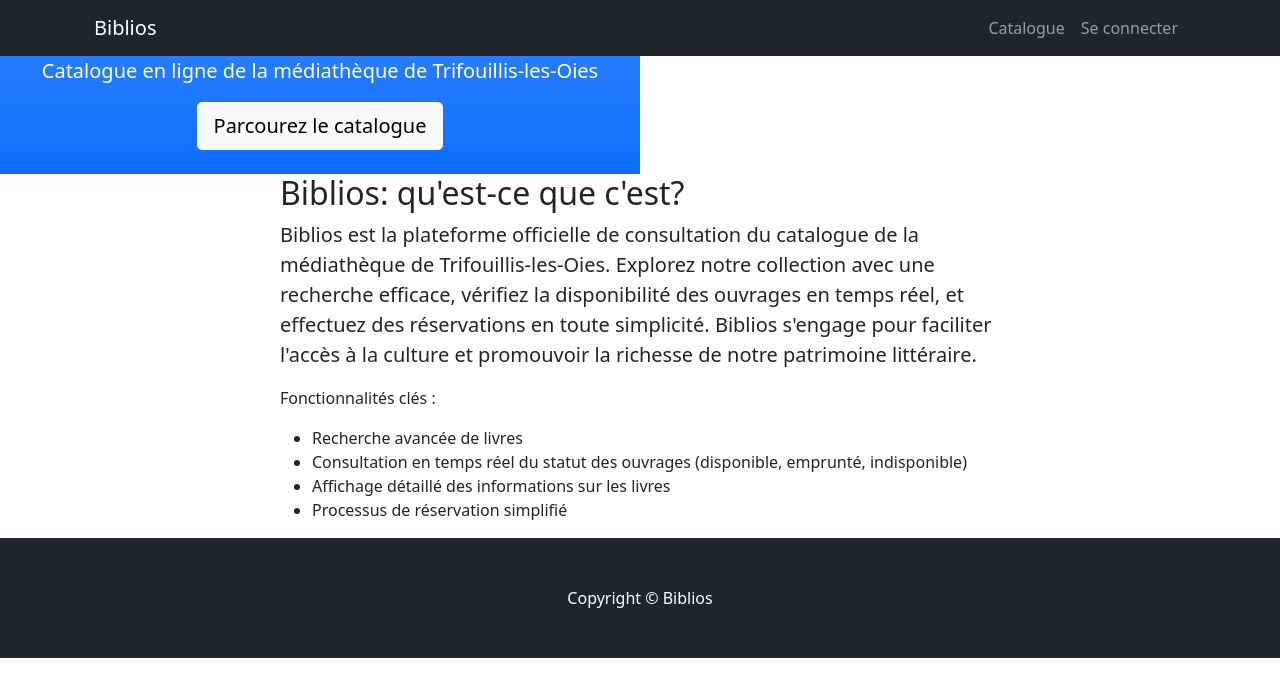
Repository: Dydja/Biblios
Page: templates/main/index.html.twig
The author's editor kept a copy of each file at every save. The page is drawn from the files as they stood at one save, then again after the next save.
The browser window is 1280 px wide. The pictures show the whole page.
The page is a Twig template of a Symfony application; nobody is signed in and links lead nowhere. Other server files are loaded and not shown. The template is opened directly, without the code that normally fills it, so the values that code supplies are empty.

Above is the page before, as saved 2024-08-04 00:42:03.

### templates/main/index.html.twig
{% extends 'base.html.twig' %}

{% block title %}Hello MainController!{% endblock %}

{% block body %}

<!-- Header-->
    <header class="bg-primary bg-gradient text-white w-50">
        <div class="container px-4 text-center">
            <h1 class="fw-bolder">Biblios</h1>
            <p class="lead">Catalogue en ligne de la médiathèque de Trifouillis-les-Oies</p>
            <a class="btn btn-lg btn-light mb-4" href="#">Parcourez le catalogue</a>
        </div>
    </header>
    <!-- About section-->
    <section id="about">
        <div class="container px-4">
            <div class="row gx-4 justify-content-center">
                <div class="col-lg-8">
                    <h2>Biblios: qu'est-ce que c'est?</h2>
                    <p class="lead">Biblios est la plateforme officielle de consultation du catalogue de la médiathèque de Trifouillis-les-Oies. Explorez notre collection avec une recherche efficace, vérifiez la disponibilité des ouvrages en temps réel, et effectuez des réservations en toute simplicité. Biblios s'engage pour faciliter l'accès à la culture et promouvoir la richesse de notre patrimoine littéraire.</p>
                    <p>Fonctionnalités clés :</p>
                    <ul>
                        <li>Recherche avancée de livres</li>
                        <li>Consultation en temps réel du statut des ouvrages (disponible, emprunté, indisponible)</li>
                        <li>Affichage détaillé des informations sur les livres</li>
                        <li>Processus de réservation simplifié</li>
                    </ul>
                </div>
            </div>
        </div>
    </section>
{% endblock %}

### templates/base.html.twig
<!DOCTYPE html>
<html>
    <head>
        <meta charset="UTF-8">
        <title>{% block title %}Welcome!{% endblock %}</title>
        <link rel="icon" href="data:[embedded picture, 223 characters]">

        {% block stylesheets %}
        {% endblock %}

        <link href="https://cdn.jsdelivr.net/npm/bootstrap@5.0.2/dist/css/bootstrap.min.css" rel="stylesheet" integrity="sha384-EVSTQN3/azprG1Anm3QDgpJLIm9Nao0Yz1ztcQTwFspd3yD65VohhpuuCOmLASjC" crossorigin="anonymous">

        {% block javascripts %}
            {% block importmap %}{{ importmap('app') }}{% endblock %}
        {% endblock %}
    </head>
    <body id="page-top">
        <!-- Navigation-->
        <nav class="navbar navbar-expand-lg navbar-dark bg-dark fixed-top" id="mainNav">
            <div class="container px-4">
                <a class="navbar-brand" href="#page-top">Biblios</a>
                <button class="navbar-toggler" type="button" data-bs-toggle="collapse" data-bs-target="#navbarResponsive" aria-controls="navbarResponsive" aria-expanded="false" aria-label="Toggle navigation"><span class="navbar-toggler-icon"></span></button>
                <div class="collapse navbar-collapse" id="navbarResponsive">
                    <ul class="navbar-nav ms-auto">
                        <li class="nav-item"><a class="nav-link" href="#">Catalogue</a></li>
                        <li class="nav-item"><a class="nav-link" href="#">Se connecter</a></li>
                    </ul>
                </div>
            </div>
        </nav>
        {% block body %}{% endblock %}
        <!-- Footer-->
        <footer class="py-5 bg-dark">
            <div class="container px-4"><p class="m-0 text-center text-white">Copyright &copy; Biblios</p></div>
        </footer>
    </body>
</html>

After the next save:
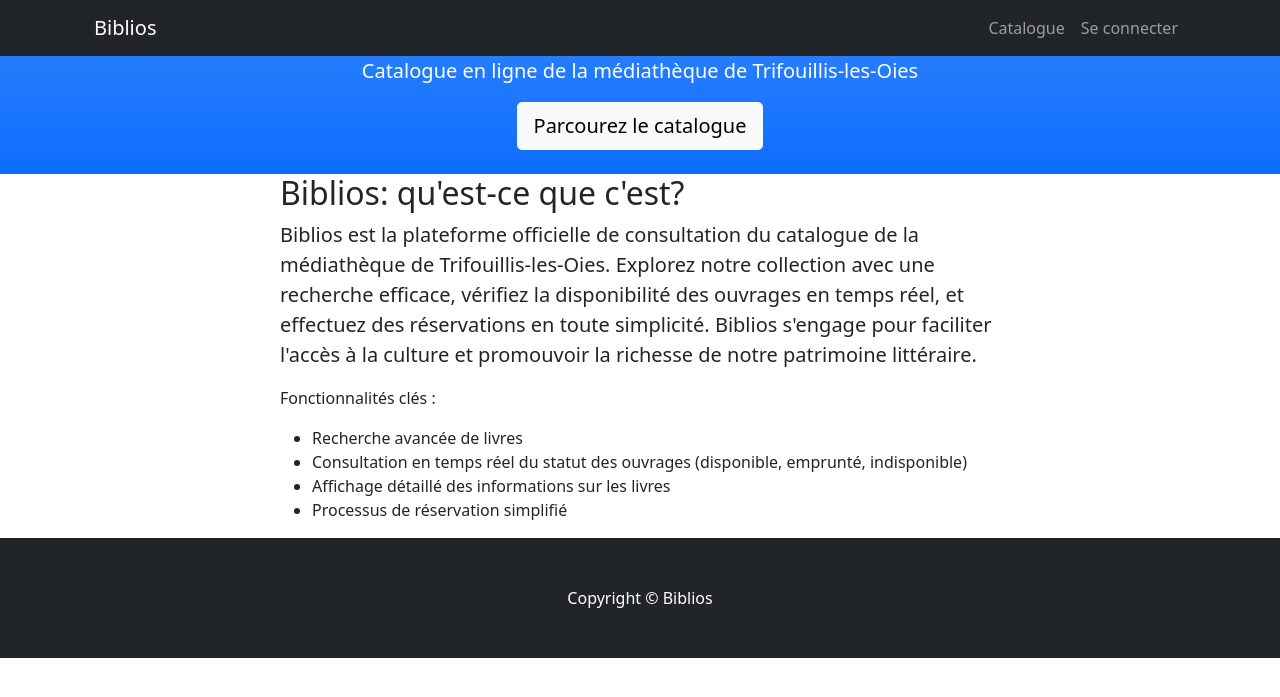
Saved 18 s later.
--- a/templates/main/index.html.twig
+++ b/templates/main/index.html.twig
@@ -5,7 +5,7 @@
 {% block body %}
 
 <!-- Header-->
-    <header class="bg-primary bg-gradient text-white w-50">
+    <header class="bg-primary bg-gradient text-white w-100">
         <div class="container px-4 text-center">
             <h1 class="fw-bolder">Biblios</h1>
             <p class="lead">Catalogue en ligne de la médiathèque de Trifouillis-les-Oies</p>
